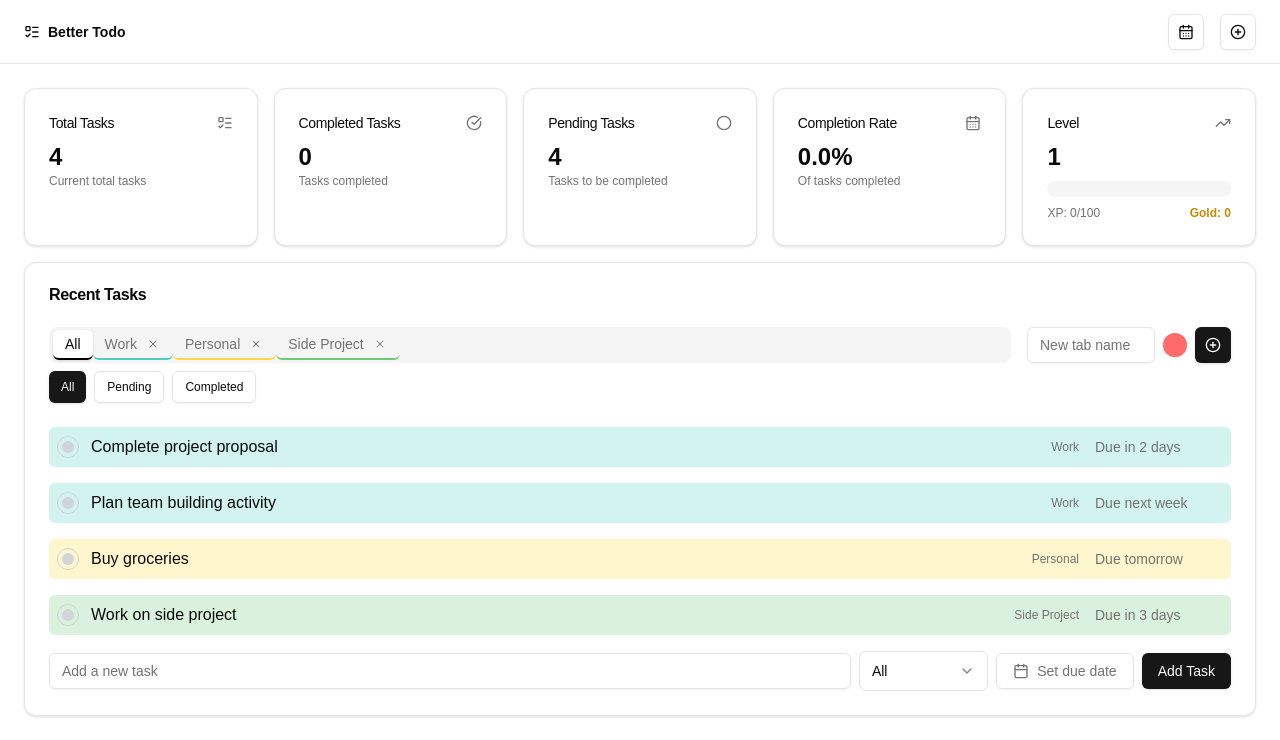
Repository: malikbarbier7/better-todo
Page: /dashboard
An editor plug-in stored every save of this project. The page is shown before and after the next save, followed by the edit.
The browser window is 1280 px wide. The pictures show the whole page.
The project was rebuilt for these pictures with package versions that can differ from the ones it lists, and the page was loaded fresh each time. The framework's server and built-in components were replaced by stand-ins that run in the browser. Also part of the build but not shown: next.config.js, next.config.mjs, components/ui/calendar.tsx.

Above is the page before, as saved 2024-10-04 14:34:33.

### app/dashboard/page.tsx
import { Dashboard } from '@/components/dashboard'

export default function DashboardPage() {
  return <Dashboard />
}

### components/dashboard.tsx
'use client'

import React from 'react'
import { Button } from "@/components/ui/button"
import { Card, CardContent, CardHeader, CardTitle } from "@/components/ui/card"
import { Input } from "@/components/ui/input"
import { Tabs, TabsContent, TabsList, TabsTrigger } from "@/components/ui/tabs"
import { CalendarDays, CheckCircle, Circle, ListTodo, PlusCircle, X, ChevronDown, TrendingUp, Calendar as CalendarIcon } from "lucide-react"
import { Progress } from "@/components/ui/progress"
import {
  Select,
  SelectContent,
  SelectItem,
  SelectTrigger,
  SelectValue,
} from "@/components/ui/select"
import { Calendar } from "@/components/ui/calendar"
import {
  Popover,
  PopoverContent,
  PopoverTrigger,
} from "@/components/ui/popover"
import { format } from "date-fns"
import { cn } from "@/lib/utils"

const pasteColors = [
  '#FF6B6B', // Rouge légèrement pâle
  '#4ECDC4', // Turquoise (bleu-vert) légèrement pâle
  '#FFD93D', // Jaune légèrement pâle
  '#6BCB77', // Vert légèrement pâle
  '#4D96FF', // Bleu légèrement pâle
  '#FF9A8B', // Orange-rose légèrement pâle
  '#9B59B6', // Violet légèrement pâle
  '#FF8C00', // Orange légèrement pâle
];

export function Dashboard() {
  const [tabs, setTabs] = React.useState([
    { name: 'All', color: '#000000' }, // Noir pour l'onglet "All"
    { name: 'Work', color: pasteColors[1] },
    { name: 'Personal', color: pasteColors[2] },
    { name: 'Side Project', color: pasteColors[3] }
  ])
  const [activeTab, setActiveTab] = React.useState('All')
  const [newTabName, setNewTabName] = React.useState('')
  const [newTaskName, setNewTaskName] = React.useState('')
  const [newTaskSpace, setNewTaskSpace] = React.useState('All')
  const [newTaskDueDate, setNewTaskDueDate] = React.useState<Date | undefined>(undefined)
  const [tasks, setTasks] = React.useState({
    'All': [
      { id: 1, name: 'Complete project proposal', status: 'pending', category: 'Work', dueDate: 'Due in 2 days', xpGained: false },
      { id: 3, name: 'Plan team building activity', status: 'pending', category: 'Work', dueDate: 'Due next week', xpGained: false },
      { id: 4, name: 'Buy groceries', status: 'pending', category: 'Personal', dueDate: 'Due tomorrow', xpGained: false },
      { id: 5, name: 'Work on side project', status: 'pending', category: 'Side Project', dueDate: 'Due in 3 days', xpGained: false },
    ],
    'Work': [
      { id: 1, name: 'Complete project proposal', status: 'pending', category: 'Work', dueDate: 'Due in 2 days', xpGained: false },
      { id: 3, name: 'Plan team building activity', status: 'pending', category: 'Work', dueDate: 'Due next week', xpGained: false },
      { id: 1, name: 'Complete project proposal', status: 'pending', category: 'Work', dueDate: 'Due in 2 days' },
      { id: 3, name: 'Plan team building activity', status: 'pending', category: 'Work', dueDate: 'Due next week' },
    ],
    'Personal': [
      { id: 4, name: 'Buy groceries', status: 'pending', category: 'Personal', dueDate: 'Due tomorrow' },
    ],
    'Side Project': [
      { id: 5, name: 'Work on side project', status: 'pending', category: 'Side Project', dueDate: 'Due in 3 days' },
    ],
  })

  const [taskFilter, setTaskFilter] = React.useState('all')
  const [level, setLevel] = React.useState(1)
  const [xp, setXp] = React.useState(0)
  const [gold, setGold] = React.useState(0)
  const [isDatePickerOpen, setIsDatePickerOpen] = React.useState(false);
  const [newTabColor, setNewTabColor] = React.useState(pasteColors[0])
  const [isColorPickerOpen, setIsColorPickerOpen] = React.useState(false)
  const [selectedTab, setSelectedTab] = React.useState<string | null>(null);

  const handleAddTab = () => {
    if (newTabName && !tabs.some(tab => tab.name === newTabName)) {
      const newTab = { name: newTabName, color: newTabColor === '#000000' ? pasteColors[0] : newTabColor };
      setTabs([...tabs, newTab]);
      setTasks(prevTasks => ({ ...prevTasks, [newTabName]: [] }));
      setActiveTab(newTabName);
      setNewTaskSpace(newTabName);
      setNewTabName('');
      handleTabColorChange(newTabColor);
      setNewTabColor(pasteColors[0]);
    }
  }

  const handleRemoveTab = (tab: string) => {
    if (tab !== 'All') {
      const newTabs = tabs.filter(t => t.name !== tab)
      const { [tab]: removedTasks, ...restTasks } = tasks
      setTabs(newTabs)
      setTasks(restTasks)
      setActiveTab('All')
    }
  }

  const handleAddTask = (e: React.FormEvent) => {
    e.preventDefault()
    if (newTaskName) {
      const newTask = {
        id: Date.now(),
        name: newTaskName,
        status: 'pending',
        category: newTaskSpace === 'All' ? 'Uncategorized' : newTaskSpace,
        dueDate: newTaskDueDate ? format(newTaskDueDate, "PPP") : 'Not set',
        xpGained: false
      }
      setTasks(prevTasks => {
        const updatedTasks = { ...prevTasks };
        if (newTaskSpace !== 'All') {
          updatedTasks[newTaskSpace] = [...(updatedTasks[newTaskSpace] || []), newTask];
        }
        updatedTasks['All'] = [...updatedTasks['All'], newTask];
        return updatedTasks;
      })
      setNewTaskName('')
      setNewTaskDueDate(undefined)
    }
  }

  const handleTaskStatusChange = (taskId: string, newStatus: 'completed' | 'pending') => {
    let xpGained = false;
    setTasks(prevTasks => {
      const updatedTasks = { ...prevTasks };
      for (const category in updatedTasks) {
        updatedTasks[category] = updatedTasks[category].map(task => {
          if (task.id.toString() === taskId) {
            if (task.status === 'pending' && newStatus === 'completed' && !task.xpGained) {
              // Task is being completed for the first time
              if (!xpGained) {
                gainXP(10);
                gainGold();
                xpGained = true;
              }
              return {
                ...task,
                status: newStatus,
                xpGained: true, // Mark that XP has been gained for this task
                dueDate: `Completed ${format(new Date(), "MMMM do, yyyy")}`
              };
            } else if (newStatus === 'pending') {
              // If the task is set back to pending, reset the completion date but keep xpGained
              return { ...task, status: newStatus, dueDate: 'Not set' };
            }
            // For all other cases, just update the status
            return { ...task, status: newStatus };
          }
          return task;
        }).sort((a, b) => {
          if (a.status === 'pending' && b.status === 'completed') return -1;
          if (a.status === 'completed' && b.status === 'pending') return 1;
          return 0;
        });
      }
      return updatedTasks;
    });
  };

  const gainXP = (amount: number) => {
    setXp(prevXP => {
      let newXP = prevXP + amount;
      let newLevel = level;
      while (newXP >= 100) {
        newXP -= 100;
        newLevel += 1;
      }
      setLevel(newLevel);
      return newXP;
    });
  };

  const gainGold = () => {
    const goldEarned = Math.floor(Math.random() * 5) + 1; // Génère un nombre entre 1 et 5
    setGold(prevGold => prevGold + goldEarned);
  };

  // Calculer le nombre total de tâches
  const totalTasks = tasks['All'].length;

  // Calculer le nombre de tâches complétées
  const completedTasks = tasks['All'].filter(task => task.status === 'completed').length;

  // Calculer le nombre de tâches en attente
  const pendingTasks = totalTasks - completedTasks;

  // Calculer le taux de complétion
  const completionRate = totalTasks > 0 ? ((completedTasks / totalTasks) * 100).toFixed(1) : '0.0';

  const filteredTasks = React.useMemo(() => {
    return (tasks[activeTab] || [])
      .filter(task => {
        if (taskFilter === 'all') return true;
        if (taskFilter === 'pending') return task.status === 'pending';
        if (taskFilter === 'completed') return task.status === 'completed';
        return true;
      })
      .sort((a, b) => {
        // Trier les tâches : pendantes en haut, complétées en bas
        if (a.status === 'pending' && b.status === 'completed') return -1;
        if (a.status === 'completed' && b.status === 'pending') return 1;
        return 0;
      });
  }, [tasks, activeTab, taskFilter]);

  // Mettre à jour newTaskSpace quand activeTab change
  React.useEffect(() => {
    setNewTaskSpace(activeTab);
  }, [activeTab]);

  const handleDateSelect = (date: Date | undefined) => {
    setNewTaskDueDate(date);
    setIsDatePickerOpen(false);
  };

  const handleTabColorChange = (color: string) => {
    if (selectedTab && selectedTab !== 'All') {
      setTabs(prevTabs =>
        prevTabs.map(tab =>
          tab.name === selectedTab ? { ...tab, color } : tab
        )
      );
      setIsColorPickerOpen(false);
    }
  };

  return (
    <div className="flex flex-col min-h-screen">
      <header className="flex items-center h-16 px-4 border-b shrink-0 md:px-6">
        <nav className="flex-1">
          <ul className="flex items-center gap-4 text-sm font-medium">
            <li className="flex items-center gap-2">
              <ListTodo className="w-4 h-4" />
              <span className="font-bold">Better Todo</span>
            </li>
          </ul>
        </nav>
        <div className="flex items-center gap-4 md:gap-2 lg:gap-4">
          <Button variant="outline" size="icon">
            <CalendarDays className="w-4 h-4" />
            <span className="sr-only">View calendar</span>
          </Button>
          <Button variant="outline" size="icon">
            <PlusCircle className="w-4 h-4" />
            <span className="sr-only">Create new task</span>
          </Button>
        </div>
      </header>
      <main className="flex-1 overflow-auto p-4 md:p-6">
        <div className="grid gap-4 md:grid-cols-3 lg:grid-cols-5">
          <Card>
            <CardHeader className="flex flex-row items-center justify-between pb-2 space-y-0">
              <CardTitle className="text-sm font-medium">Total Tasks</CardTitle>
              <ListTodo className="w-4 h-4 text-muted-foreground" />
            </CardHeader>
            <CardContent>
              <div className="text-2xl font-bold">{totalTasks}</div>
              <p className="text-xs text-muted-foreground">Current total tasks</p>
            </CardContent>
          </Card>
          <Card>
            <CardHeader className="flex flex-row items-center justify-between pb-2 space-y-0">
              <CardTitle className="text-sm font-medium">Completed Tasks</CardTitle>
              <CheckCircle className="w-4 h-4 text-muted-foreground" />
            </CardHeader>
            <CardContent>
              <div className="text-2xl font-bold">{completedTasks}</div>
              <p className="text-xs text-muted-foreground">Tasks completed</p>
            </CardContent>
          </Card>
          <Card>
            <CardHeader className="flex flex-row items-center justify-between pb-2 space-y-0">
              <CardTitle className="text-sm font-medium">Pending Tasks</CardTitle>
              <Circle className="w-4 h-4 text-muted-foreground" />
            </CardHeader>
            <CardContent>
              <div className="text-2xl font-bold">{pendingTasks}</div>
              <p className="text-xs text-muted-foreground">Tasks to be completed</p>
            </CardContent>
          </Card>
          <Card>
            <CardHeader className="flex flex-row items-center justify-between pb-2 space-y-0">
              <CardTitle className="text-sm font-medium">Completion Rate</CardTitle>
              <CalendarDays className="w-4 h-4 text-muted-foreground" />
            </CardHeader>
            <CardContent>
              <div className="text-2xl font-bold">{completionRate}%</div>
              <p className="text-xs text-muted-foreground">Of tasks completed</p>
            </CardContent>
          </Card>
          <Card>
            <CardHeader className="flex flex-row items-center justify-between pb-2 space-y-0">
              <CardTitle className="text-sm font-medium">Level</CardTitle>
              <TrendingUp className="w-4 h-4 text-muted-foreground" />
            </CardHeader>
            <CardContent>
              <div className="text-2xl font-bold">{level}</div>
              <Progress value={(xp / 100) * 100} className="mt-2" />
              <div className="flex justify-between items-center mt-2">
                <p className="text-xs text-muted-foreground">XP: {xp}/100</p>
                <p className="text-xs font-semibold text-yellow-600">Gold: {gold}</p>
              </div>
            </CardContent>
          </Card>
        </div>
        <Card className="mt-4">
          <CardHeader>
            <CardTitle>Recent Tasks</CardTitle>
          </CardHeader>
          <CardContent>
            <Tabs value={activeTab} onValueChange={(value) => {
              setActiveTab(value);
              setNewTaskSpace(value); // Mettre  jour newTaskSpace ici aussi
            }} className="w-full">
              <div className="flex flex-col">
                <div className="mb-4">
                  <div className="flex justify-between items-center">
                    <TabsList className="flex-grow justify-start">
                      {tabs.map((tab) => (
                        <TabsTrigger
                          key={tab.name}
                          value={tab.name}
                          className="flex items-center"
                          style={{ borderBottom: `2px solid ${tab.color}` }}
                          onClick={() => setSelectedTab(tab.name)}
                        >
                          {tab.name}
                          {tab.name !== 'All' && (
                            <Button
                              variant="ghost"
                              size="icon"
                              className="ml-2 h-4 w-4"
                              onClick={(e) => {
                                e.stopPropagation()
                                handleRemoveTab(tab.name)
                              }}
                            >
                              <X className="h-3 w-3" />
                            </Button>
                          )}
                        </TabsTrigger>
                      ))}
                    </TabsList>
                    <div className="flex items-center space-x-2 ml-4">
                      <form onSubmit={(e) => {
                        e.preventDefault();
                        handleAddTab();
                      }}>
                        <Input
                          placeholder="New tab name"
                          value={newTabName}
                          onChange={(e) => setNewTabName(e.target.value)}
                          className="w-32"
                        />
                      </form>
                      <Popover open={isColorPickerOpen} onOpenChange={setIsColorPickerOpen}>
                        <PopoverTrigger asChild>
                          <Button
                            style={{ backgroundColor: selectedTab && selectedTab !== 'All' ? tabs.find(t => t.name === selectedTab)?.color : newTabColor }}
                            className="w-6 h-6 rounded-full p-0"
                            onClick={() => setIsColorPickerOpen(true)}
                            disabled={selectedTab === 'All'}
                          />
                        </PopoverTrigger>
                        <PopoverContent className="w-auto p-1">
                          <div className="grid grid-cols-4 gap-1">
                            {pasteColors.map((color) => (
                              <Button
                                key={color}
                                style={{ backgroundColor: color }}
                                className="w-5 h-5 rounded-full p-0"
                                onClick={() => {
                                  if (selectedTab && selectedTab !== 'All') {
                                    handleTabColorChange(color);
                                  } else {
                                    setNewTabColor(color);
                                    setIsColorPickerOpen(false);
                                  }
                                }}
                              />
                            ))}
                          </div>
                        </PopoverContent>
                      </Popover>
                      <Button onClick={handleAddTab} size="icon">
                        <PlusCircle className="h-4 w-4" />
                      </Button>
                    </div>
                  </div>
                  <div className="flex justify-start mt-2">
                    <div className="flex items-center space-x-2">
                      <Button
                        size="sm"
                        variant={taskFilter === 'all' ? 'default' : 'outline'}
                        onClick={() => setTaskFilter('all')}
                      >
                        All
                      </Button>
                      <Button
                        size="sm"
                        variant={taskFilter === 'pending' ? 'default' : 'outline'}
                        onClick={() => setTaskFilter('pending')}
                      >
                        Pending
                      </Button>
                      <Button
                        size="sm"
                        variant={taskFilter === 'completed' ? 'default' : 'outline'}
                        onClick={() => setTaskFilter('completed')}
                      >
                        Completed
                      </Button>
                    </div>
                  </div>
                </div>
                <div>
                  {tabs.map((tab) => (
                    <TabsContent key={tab.name} value={tab.name}>
                      <div className="space-y-4">
                        {filteredTasks.map((task) => (
                          <div
                            key={task.id}
                            className="flex items-center p-2 rounded-md"
                            style={{
                              backgroundColor: tabs.find(tab => tab.name === task.category)?.color + '40'
                            }}
                          >
                            <div className="relative">
                              {task.status === 'completed' ? (
                                <button
                                  className="p-1 bg-green-500 text-white rounded-full"
                                  onClick={() => handleTaskStatusChange(task.id.toString(), 'pending')}
                                >
                                  <CheckCircle className="w-3 h-3" />
                                </button>
                              ) : (
                                <button
                                  className="p-1 border border-gray-300 rounded-full flex items-center justify-center"
                                  onClick={() => handleTaskStatusChange(task.id.toString(), 'completed')}
                                >
                                  <div className="w-3 h-3 bg-gray-300 rounded-full"></div>
                                </button>
                              )}
                            </div>
                            <div className="flex items-center w-full">
                              <span className={`ml-3 flex-1 ${task.status === 'completed' ? 'line-through' : ''}`}>
                                {task.name}
                              </span>
                              <div className="flex items-center justify-end space-x-4 min-w-[300px]">
                                <span className="text-xs text-muted-foreground w-24 text-right">{task.category}</span>
                                <span className="text-sm text-muted-foreground w-32">{task.dueDate}</span>
                              </div>
                            </div>
                          </div>
                        ))}
                      </div>
                      <form onSubmit={handleAddTask} className="mt-4 flex items-center space-x-2">
                        <Input
                          placeholder="Add a new task"
                          value={newTaskName}
                          onChange={(e) => setNewTaskName(e.target.value)}
                          className="flex-grow"
                        />
                        <Select
                          value={tabs.some(tab => tab.name === newTaskSpace) ? newTaskSpace : 'All'}
                          onValueChange={setNewTaskSpace}
                        >
                          <SelectTrigger className="w-[180px]">
                            <SelectValue placeholder="Select space" />
                          </SelectTrigger>
                          <SelectContent>
                            {tabs.map((tab) => (
                              <SelectItem key={tab.name} value={tab.name}>{tab.name}</SelectItem>
                            ))}
                          </SelectContent>
                        </Select>
                        <Popover open={isDatePickerOpen} onOpenChange={setIsDatePickerOpen}>
                          <PopoverTrigger asChild>
                            <Button
                              variant={"outline"}
                              className={cn(
                                "w-[180px] justify-start text-left font-normal",
                                !newTaskDueDate && "text-muted-foreground"
                              )}
                              onClick={() => setIsDatePickerOpen(true)}
                            >
                              <CalendarIcon className="mr-2 h-4 w-4" />
                              {newTaskDueDate ? format(newTaskDueDate, "PPP") : <span>Set due date</span>}
                            </Button>
                          </PopoverTrigger>
                          <PopoverContent className="w-auto p-0">
                            <Calendar
                              mode="single"
                              selected={newTaskDueDate}
                              onSelect={handleDateSelect}
                              initialFocus
                            />
                          </PopoverContent>
                        </Popover>
                        <Button type="submit">Add Task</Button>
                      </form>
                    </TabsContent>
                  ))}
                </div>
              </div>
            </Tabs>
          </CardContent>
        </Card>
      </main>
    </div>
  )
}

### components/ui/progress.tsx
"use client"

import * as React from "react"
import * as ProgressPrimitive from "@radix-ui/react-progress"

import { cn } from "@/lib/utils"

const Progress = React.forwardRef<
  React.ElementRef<typeof ProgressPrimitive.Root>,
  React.ComponentPropsWithoutRef<typeof ProgressPrimitive.Root>
>(({ className, value, ...props }, ref) => (
  <ProgressPrimitive.Root
    ref={ref}
    className={cn(
      "relative h-4 w-full overflow-hidden rounded-full bg-secondary",
      className
    )}
    {...props}
  >
    <ProgressPrimitive.Indicator
      className="h-full w-full flex-1 bg-primary transition-all"
      style={{ transform: `translateX(-${100 - (value || 0)}%)` }}
    />
  </ProgressPrimitive.Root>
))
Progress.displayName = ProgressPrimitive.Root.displayName

export { Progress }

Loaded but not shown: app/layout.tsx (common file); app/globals.css (common file); lib/utils.ts (common file); tailwind.config.ts (common file); components/ui/select.tsx (121 lines, source omitted); components/ui/tabs.tsx (55 lines, source omitted); components/ui/card.tsx (76 lines, source omitted); components/ui/button.tsx (57 lines, source omitted); components/ui/popover.tsx (33 lines, source omitted); components/ui/input.tsx (25 lines, source omitted)

After the next save:
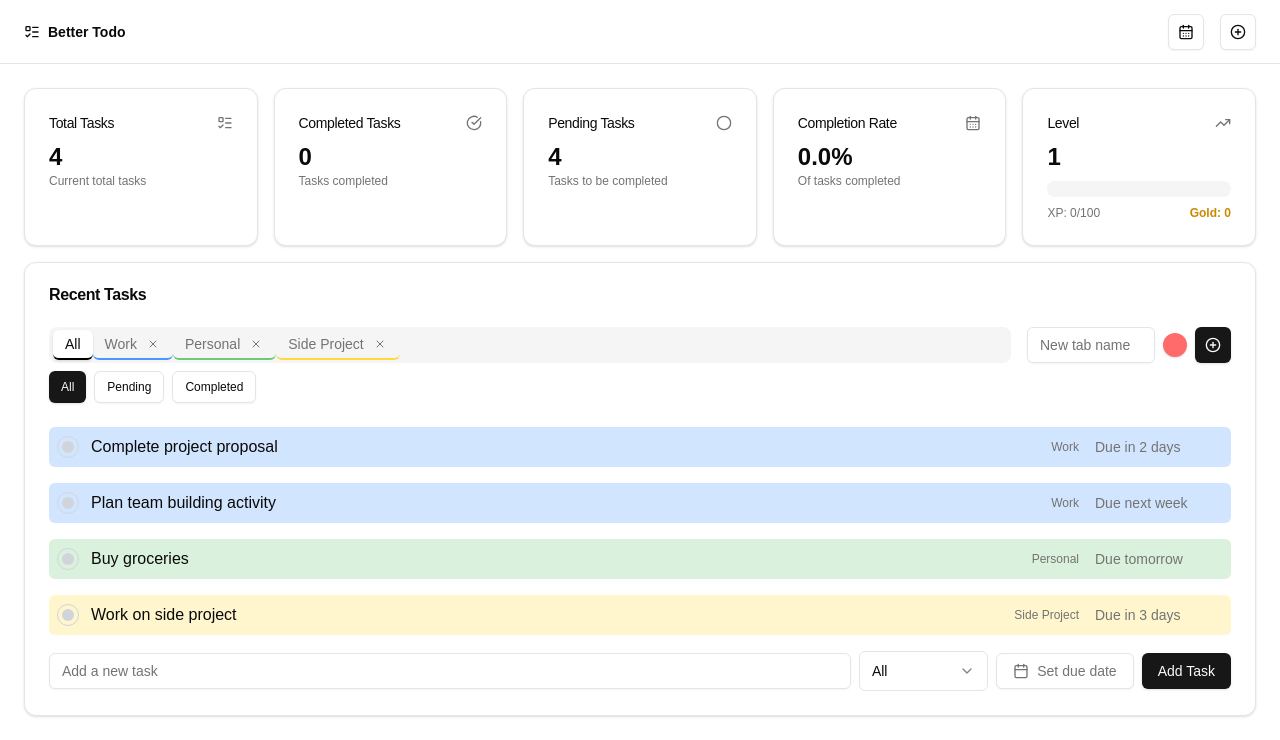
Saved 79 s later.
--- a/components/dashboard.tsx
+++ b/components/dashboard.tsx
@@ -37,9 +37,9 @@ const pasteColors = [
 export function Dashboard() {
   const [tabs, setTabs] = React.useState([
     { name: 'All', color: '#000000' }, // Noir pour l'onglet "All"
-    { name: 'Work', color: pasteColors[1] },
-    { name: 'Personal', color: pasteColors[2] },
-    { name: 'Side Project', color: pasteColors[3] }
+    { name: 'Work', color: '#4D96FF' }, // Bleu pour Work
+    { name: 'Personal', color: '#6BCB77' }, // Vert pour Personal
+    { name: 'Side Project', color: '#FFD93D' } // Jaune pour Side Project
   ])
   const [activeTab, setActiveTab] = React.useState('All')
   const [newTabName, setNewTabName] = React.useState('')
